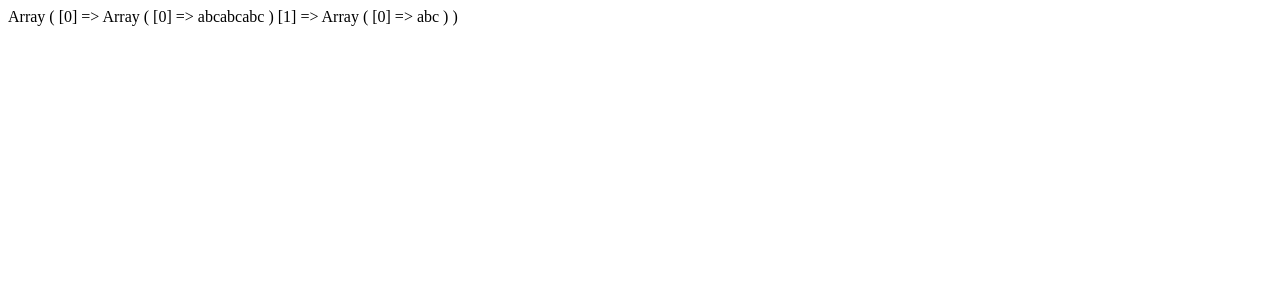
Repository: dklinger/Studium
Page: http://localhost/K_Aufgabe_04.php
The author's editor kept a copy of each file at every save. The page is drawn from the files as they stood at one save, then again after the next save.
The browser window is 1280 px wide. The pictures show the whole page.
The page is run by PHP 8.4 with error messages shown; the project is at /var/www/html/.

Above is the page before, as saved 2014-07-05 15:45:20.

After the next save:
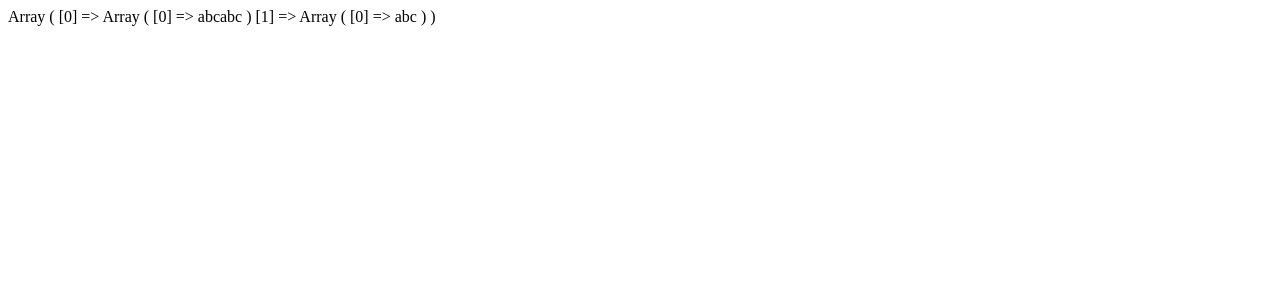
Saved 10 s later.
--- a/SS2014/Skriptsprachenorientierte Programmiertechnik/Klausurvorbereitung/K_Aufgabe_04.php
+++ b/SS2014/Skriptsprachenorientierte Programmiertechnik/Klausurvorbereitung/K_Aufgabe_04.php
@@ -1,6 +1,6 @@
 <?php
 
-$str = "abcabcabc";
+$str = "abcabcabfc";
 
 $regex1 = "/Weltmeister$|Europameister$/";
 $regex2 = "/Weltmeister/";

After the save that followed:
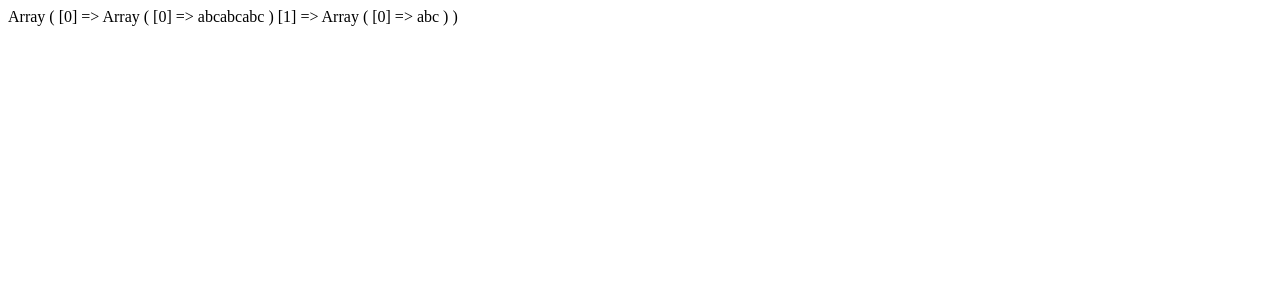
Saved 11 s later.
--- a/SS2014/Skriptsprachenorientierte Programmiertechnik/Klausurvorbereitung/K_Aufgabe_04.php
+++ b/SS2014/Skriptsprachenorientierte Programmiertechnik/Klausurvorbereitung/K_Aufgabe_04.php
@@ -1,6 +1,6 @@
 <?php
 
-$str = "abcabcabfc";
+$str = "abcabcabc";
 
 $regex1 = "/Weltmeister$|Europameister$/";
 $regex2 = "/Weltmeister/";
